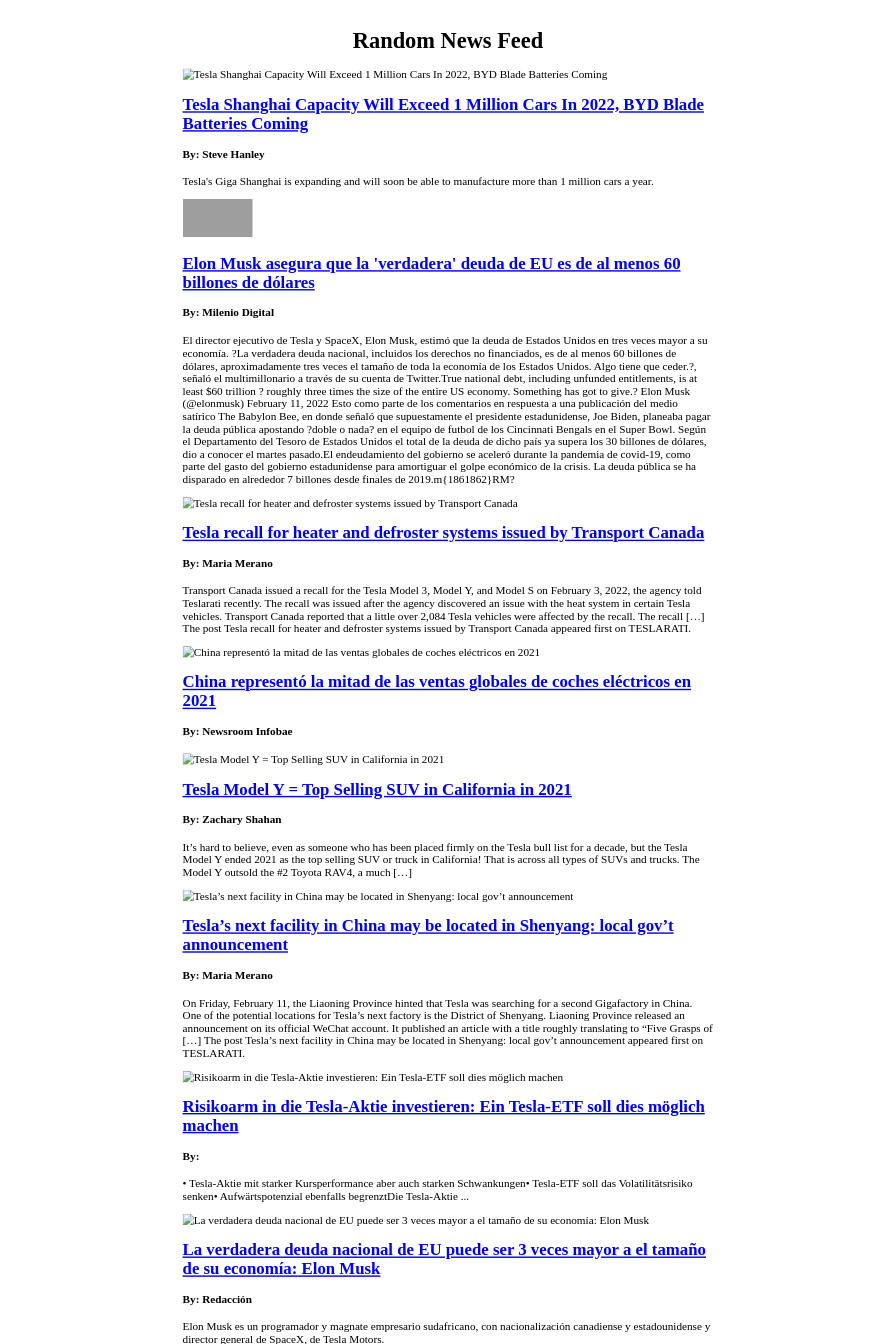
Repository: SamanthaYan298/my_news
Page: /
An editor plug-in stored every save of this project. The page is shown before and after the next save, followed by the edit.
The browser window is 1280 px wide. The pictures show the part of the page from y = 0 to 1920 px (the page is 16913 px tall before and 18699 px after), at 70% of full size.
Pictures or frames that could not be fetched are drawn as grey boxes. The project was rebuilt for these pictures with package versions that can differ from the ones it lists, and the page was loaded fresh each time. Also part of the build but not shown: vite.config.js.

Above is the page before, as saved 2024-09-23 17:01:50.

After the next save:
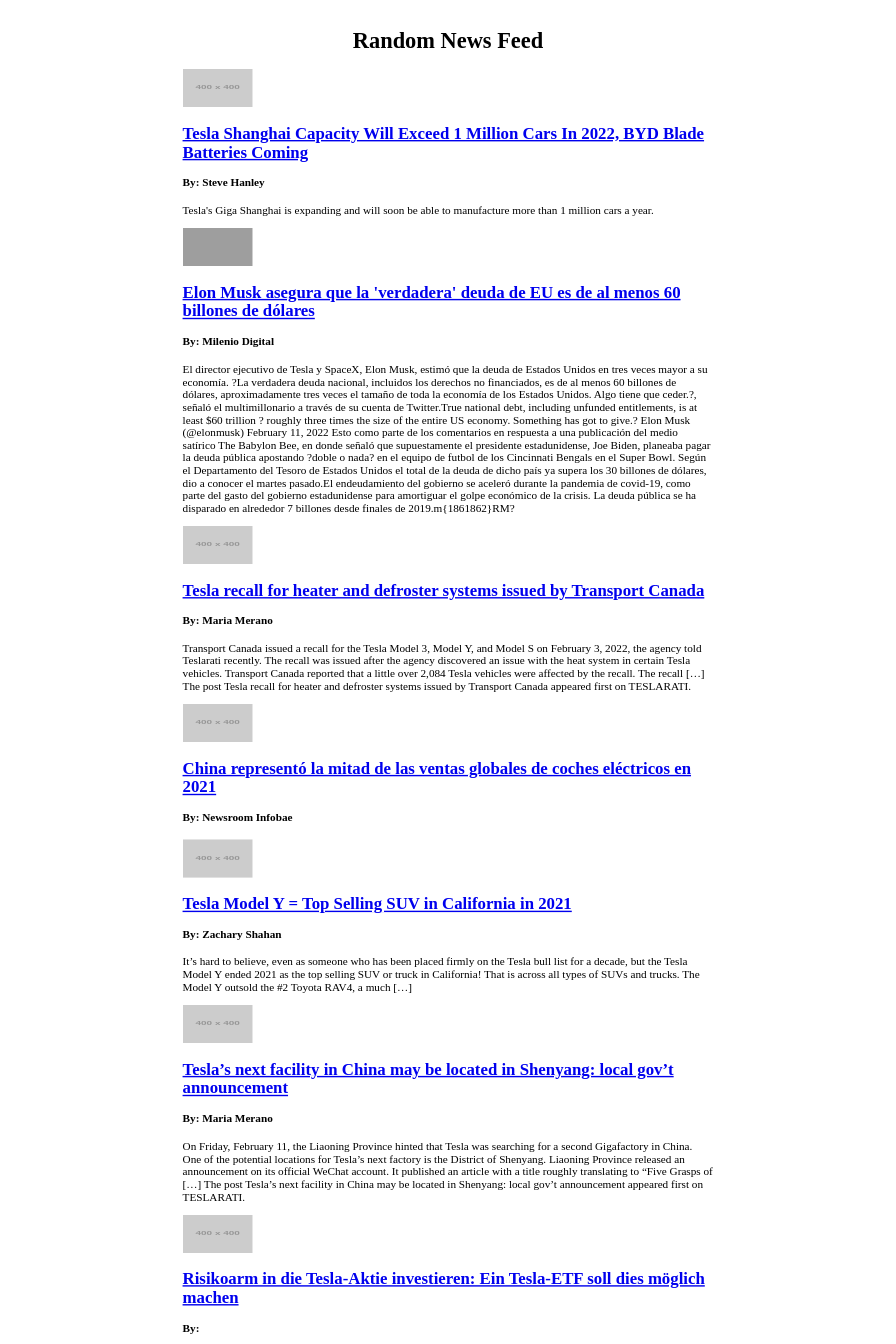
Saved 4 s later.
--- a/src/App.jsx
+++ b/src/App.jsx
@@ -13,7 +13,7 @@
           <div key={index}>
             <div>
               <img
-                src={story.image_url || ''}
+                src={story.image_url || 'https://placehold.co/400'}
                 alt={story.title}
                 style={{
                   width: '100px',
